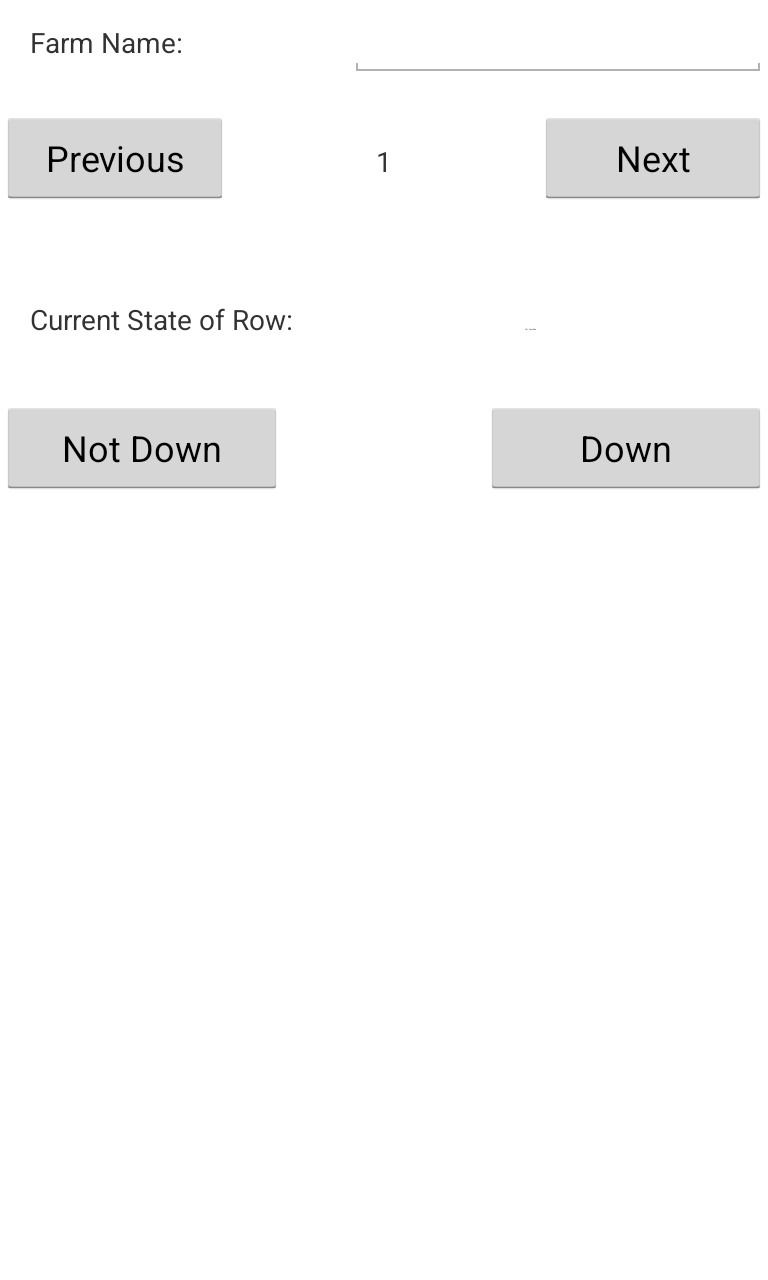
Repository: cokembel/FarmHand
Layout: FarmHand/res/layout/activity_main.xml
The author's editor kept a copy of each file at every save. The layout is drawn from the files as they stood at one save, then again after the next save.
It is drawn on a 768 x 1280 px phone screen (xhdpi) without system bars, with theme AppTheme; the app's code is not run.

Above is the layout before, as saved 2012-12-05 09:20:28.

### FarmHand/res/layout/activity_main.xml

    <ScrollView xmlns:android="http://schemas.android.com/apk/res/android"
        android:layout_width="match_parent"
        android:layout_height="match_parent"
        android:layout_alignParentLeft="true"
        android:layout_alignParentTop="true" >

        <RelativeLayout
            android:layout_width="match_parent"
            android:layout_height="wrap_content" >

            <AutoCompleteTextView
                android:id="@+id/farm_name"
                android:layout_width="wrap_content"
                android:layout_height="wrap_content"
                android:layout_alignParentRight="true"
                android:layout_alignParentTop="true"
                android:ems="10" />

            <Button
                android:id="@+id/prev_row_button"
                android:layout_width="115dp"
                android:layout_height="wrap_content"
                android:layout_gravity="left"
                android:layout_marginTop="55dp"
                android:text="Previous" />

            <TextView
                android:id="@+id/farm_label"
                android:layout_width="100dp"
                android:layout_height="wrap_content"
                android:layout_alignBaseline="@id/farm_name"
                android:layout_alignBottom="@id/farm_name"
                android:layout_alignRight="@id/prev_row_button"
                android:text="@string/farm_name" />

            <TextView
                android:id="@+id/status_label"
                android:layout_width="wrap_content"
                android:layout_height="wrap_content"
                android:layout_marginTop="150dp"
                android:layout_alignLeft="@id/farm_label"
                android:text="@string/status" />

            <TextView
                android:id="@+id/current_status"
                android:layout_width="wrap_content"
                android:layout_height="wrap_content"
                android:layout_alignBaseline="@id/status_label"
                android:layout_alignParentRight="true"
                android:gravity="center_horizontal"
                android:layout_toRightOf="@id/status_label"
                android:textSize="1"
                android:text="Not Specified" />

             <TextView
                android:id="@+id/row_number"
                android:layout_width="100dp"
                android:layout_height="40dp"
                android:layout_alignBaseline="@+id/prev_row_button"
                android:layout_alignBottom="@+id/prev_row_button"
                android:layout_centerHorizontal="true"
                android:gravity="center"
                android:text="1" />

            <Button
                android:id="@+id/down_button"
                android:layout_width="wrap_content"
                android:layout_height="wrap_content"
                android:layout_alignParentRight="true"
                android:layout_marginTop="200dp"
                android:layout_toRightOf="@+id/row_number"
                android:text="Down" />

            <Button
                android:id="@+id/not_down_button"
                android:layout_width="wrap_content"
                android:layout_height="wrap_content"
                android:layout_alignParentBottom="true"
                android:layout_alignParentLeft="true"
                android:layout_toLeftOf="@+id/row_number"
                android:text="Not Down" />

            <Button
                android:id="@+id/next_row_button"
                android:layout_width="115dp"
                android:layout_height="match_parent"
                android:layout_alignBottom="@+id/prev_row_button"
                android:layout_alignParentRight="true"
                android:layout_alignTop="@+id/prev_row_button"
                android:text="Next" />



        </RelativeLayout>

    </ScrollView>

### FarmHand/res/values/strings.xml
<resources>

    <string name="app_name">FarmHand</string>
    <string name="menu_settings">Settings</string>
    <string name="title_activity_main">MainActivity</string>
    <string name="farm_name">Farm Name:</string>
	<string name="status">Current State of Row:</string>

</resources>

Loaded but not shown: FarmHand/res/values-v11/styles.xml (common file); FarmHand/res/values-v14/styles.xml (common file); FarmHand/res/values/styles.xml (common file)

After the next save:
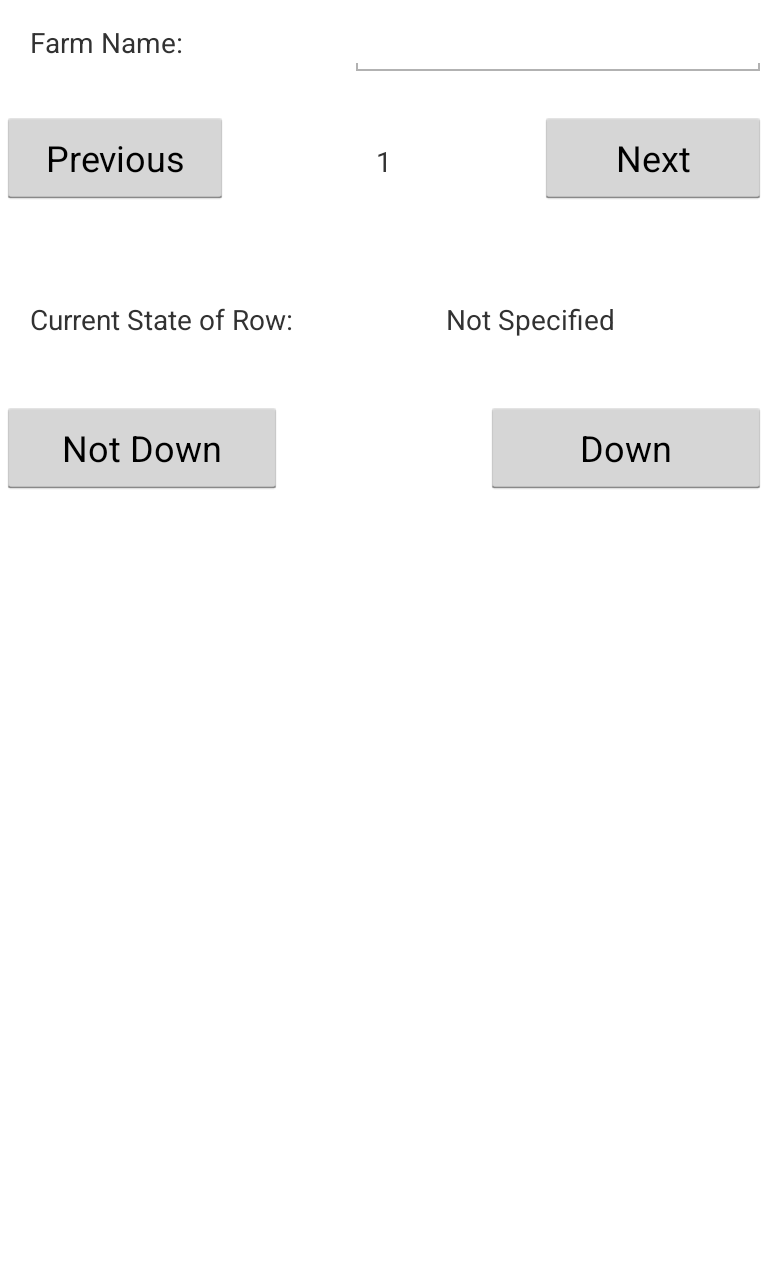
Saved 66 s later.
--- a/FarmHand/res/layout/activity_main.xml
+++ b/FarmHand/res/layout/activity_main.xml
@@ -50,7 +50,6 @@
                 android:layout_alignParentRight="true"
                 android:gravity="center_horizontal"
                 android:layout_toRightOf="@id/status_label"
-                android:textSize="1"
                 android:text="Not Specified" />
 
              <TextView
